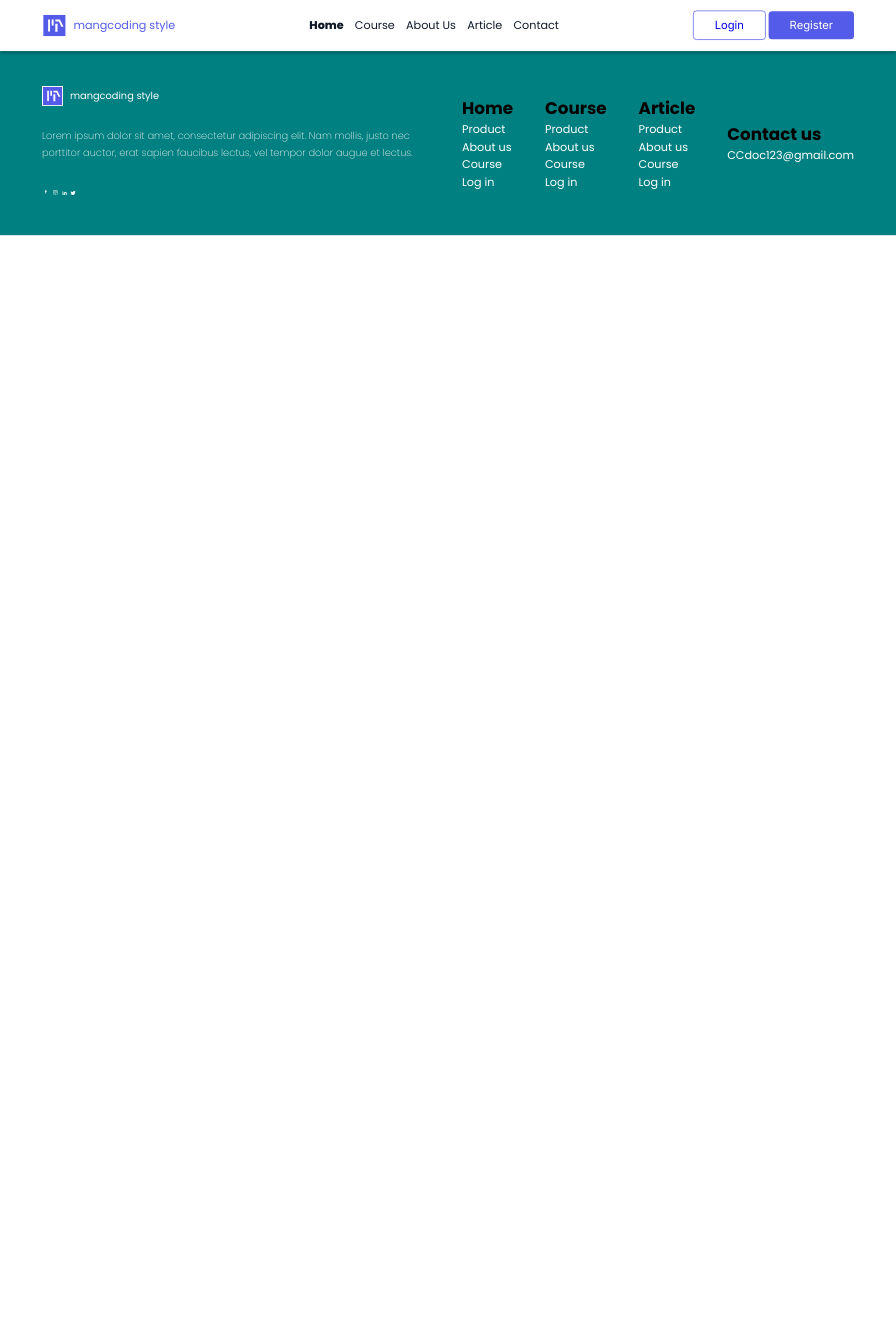
Repository: Dania-Alqam/landing-page
Page: index.html
These files come from the project's save history. The page is drawn as it stood at one moment and after the next save; the edit follows.
The browser window is 1280 px wide. The pictures show the part of the page from y = 0 to 1920 px (the page is 5000 px tall), at 70% of full size.

Above is the page before, as saved 2024-06-22 00:02:39.

After the next save:
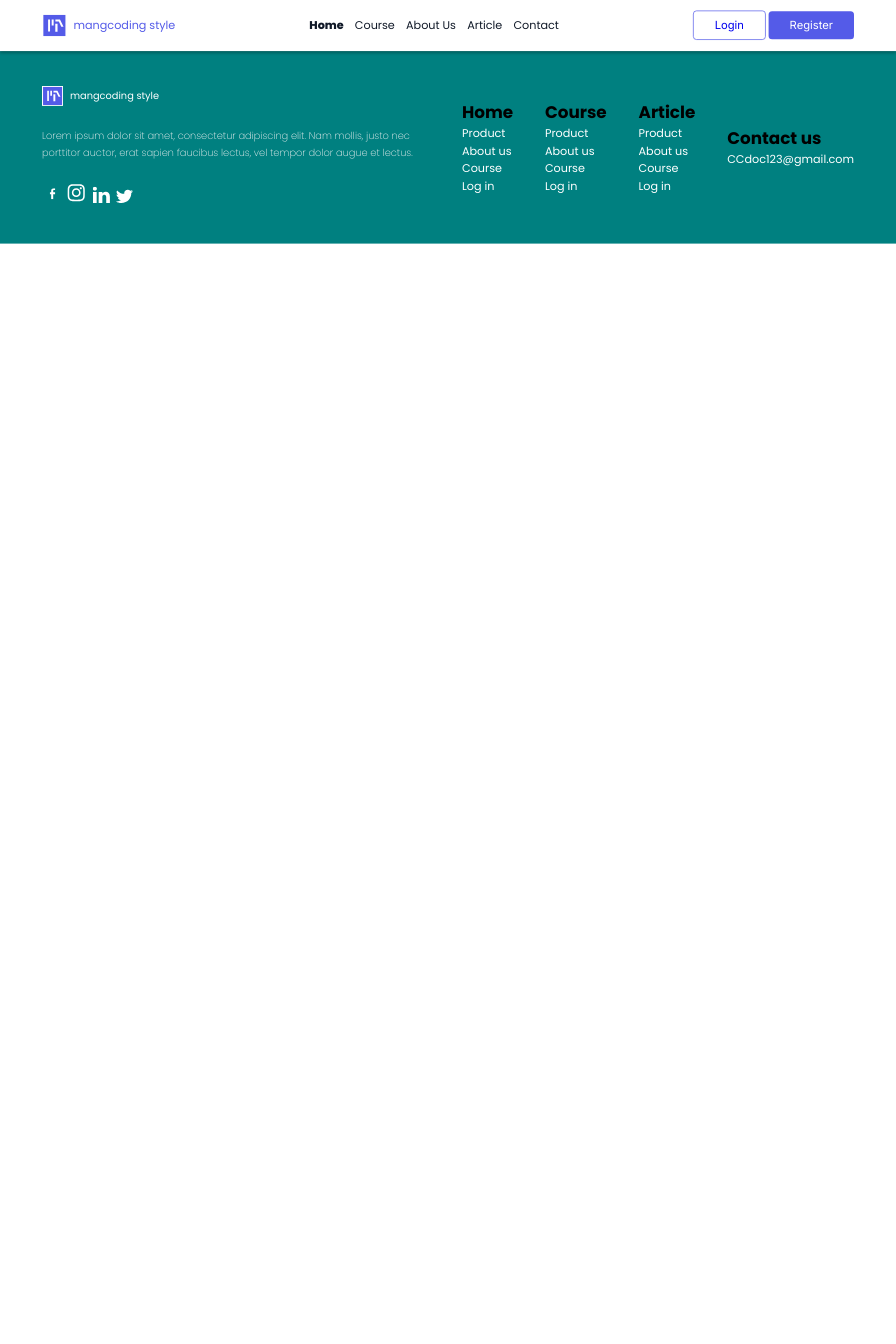
Saved 7 s later.
--- a/assests/css/main.css
+++ b/assests/css/main.css
@@ -104,5 +104,7 @@ font-weight: 800;
     font-size: 14px;
     font-weight: 200;
 }
-.footer .footer-start
+.footer .footer-start .icons img{
+    width: 30px;
+}
 /* end footer */
